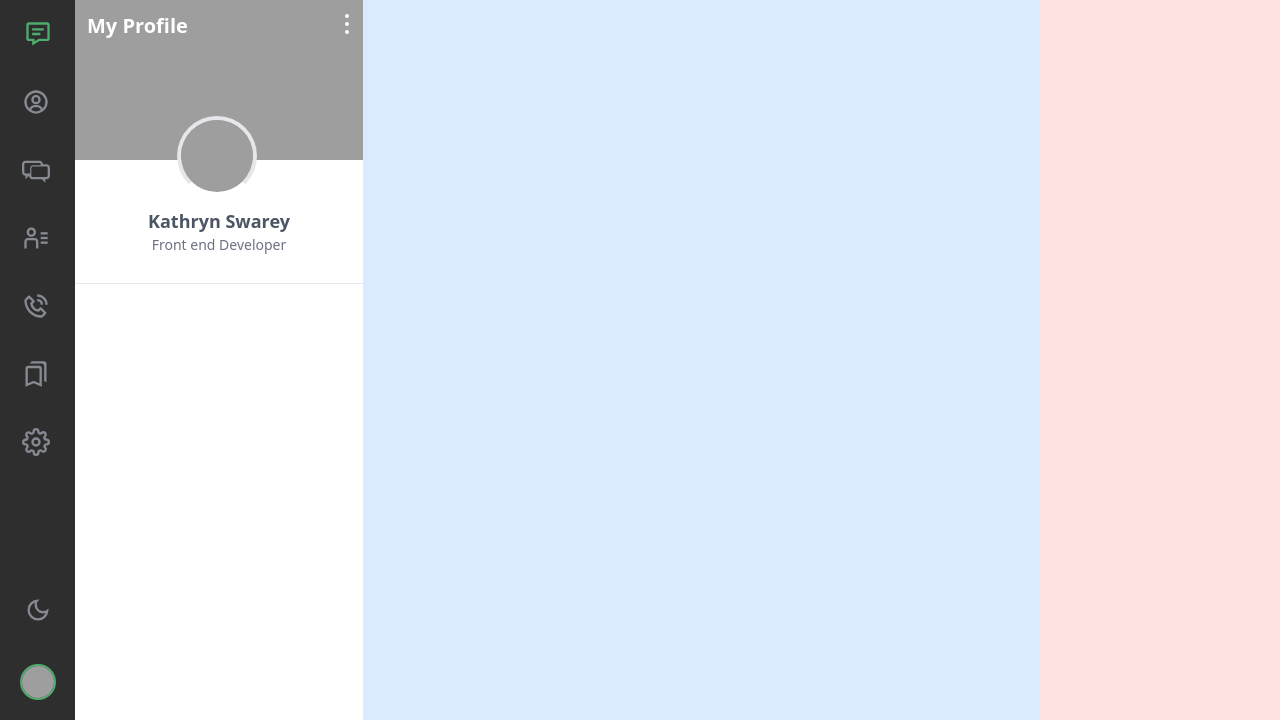
Repository: satya-ranjon/Chat-app
Page: /
These files come from the project's save history. The page is drawn as it stood at one moment and after the next save; the edit follows.
The browser window is 1280 px wide. The pictures show the whole page.
Pictures or frames that could not be fetched are drawn as grey boxes. The project was rebuilt for these pictures with package versions that can differ from the ones it lists, and the page was loaded fresh each time.

Above is the page before, as saved 2022-03-31 04:05:54.

After the next save:
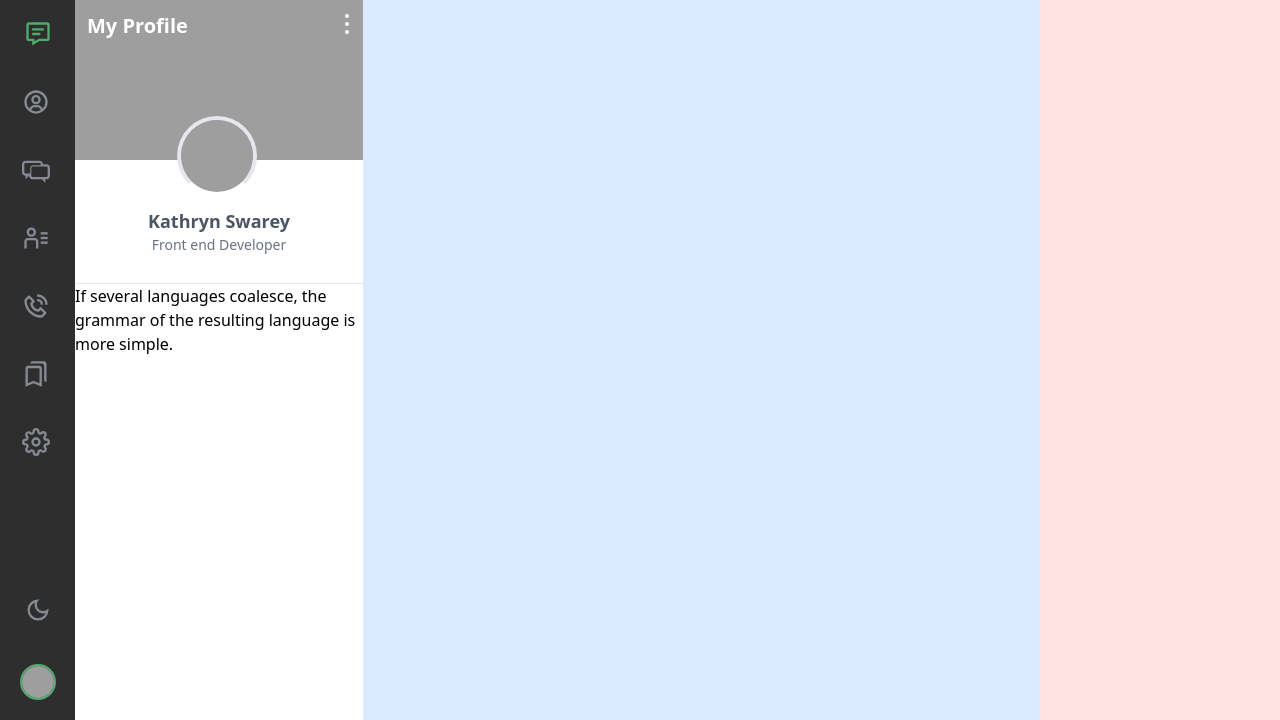
Saved 9 s later.
--- a/src/components/MyProfile/MyProfile.jsx
+++ b/src/components/MyProfile/MyProfile.jsx
@@ -1,10 +1,12 @@
 import React from "react";
 import ProfileHader from "./ProfileHader";
+import ProfileInfo from "./ProfileInfo";
 
 export default function MyProfile() {
   return (
     <div className="sm:w-72 h-screen w-40 ">
       <ProfileHader />
+      <ProfileInfo />
     </div>
   );
 }
